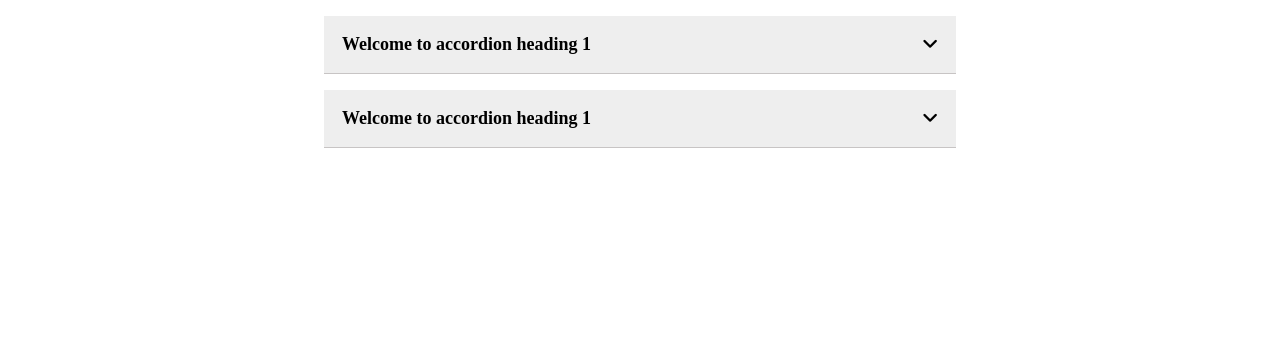
Repository: tungts3qb/Javascript
Page: accordion.html
These files come from the project's save history. The page is drawn as it stood at one moment and after the next save; the edit follows.
The browser window is 1280 px wide. The pictures show the whole page.
After loading, the first visible `div.accordion-header` was clicked once.

Above is the page before, as saved 2022-12-26 01:24:16.

### accordion.html
<!DOCTYPE html>
<html lang="en">
  <head>
    <meta charset="UTF-8" />
    <meta http-equiv="X-UA-Compatible" content="IE=edge" />
    <meta name="viewport" content="width=device-width, initial-scale=1.0" />
    <link
      rel="stylesheet"
      href="https://cdnjs.cloudflare.com/ajax/libs/font-awesome/6.2.1/css/all.min.css"
      integrity="sha512-MV7K8+y+gLIBoVD59lQIYicR65iaqukzvf/nwasF0nqhPay5w/9lJmVM2hMDcnK1OnMGCdVK+iQrJ7lzPJQd1w=="
      crossorigin="anonymous"
      referrerpolicy="no-referrer"
    />
    <link rel="stylesheet" href="style.css" />
    <title>Accordiion</title>
  </head>
  <body>
    <div class="accordion">
      <div class="accordion-header">
        <span><strong>Welcome to accordion heading 1</strong></span>
        <i class="fa fa-angle-down"></i>
      </div>
      <div class="accordion-content">
        <div class="accordion-content-inner">
          Lorem ipsum dolor sit amet consectetur, adipisicing elit. Laboriosam
          id rerum voluptas ducimus voluptates, odit similique consequuntur
          perspiciatis maxime, dignissimos esse eos rem molestiae cumque.
          Voluptas optio deserunt quo repellat. Lorem ipsum dolor sit amet
          consectetur, adipisicing elit. Voluptatum, officiis repudiandae,
          maxime illo nisi dignissimos, earum natus sint non sapiente molestias
          tenetur? Explicabo ullam nam beatae animi doloribus molestiae
          laudantium?Lorem ipsum dolor sit amet consectetur adipisicing elit.
          Nobis alias esse quas quae omnis. Et sint distinctio inventore,
          mollitia dolorum iste similique? Commodi culpa ea quis dolorem sint
          veritatis. Recusandae!
        </div>
      </div>
    </div>

    <div class="accordion">
      <div class="accordion-header">
        <span><strong>Welcome to accordion heading 1</strong></span>
        <i class="fa fa-angle-down"></i>
      </div>
      <div class="accordion-content">
        <div class="accordion-content-inner">
          Lorem ipsum dolor sit amet consectetur, adipisicing elit. Laboriosam
          id rerum voluptas ducimus voluptates, odit similique consequuntur
          perspiciatis maxime, dignissimos esse eos rem molestiae cumque.
          Voluptas optio deserunt quo repellat.
        </div>
      </div>
    </div>
    <script src="./accordion.js"></script>
  </body>
</html>

### style.css
.button {
  padding: 20px;
  color: white;
  background-color: #ffa400;
  border: 0;
  margin: 50px auto;
  display: block;
  width: 300px;
  font-family: "Poppins", sans-serif;
}

.change {
  display: block;
  padding: 15px 40px;
  border-radius: 10px;
  border: 0;
  color: white;
  font-family: "Poppins", sans-serif;
  margin: 50px auto;
  background-color: #3d6ef7;
}

.menu {
  width: 300px;
  position: fixed;
  top: 0;
  right: 0;
  bottom: 0;
  box-shadow: rgba(100, 100, 111, 0.2) 0px 7px 29px 0px;
  list-style: none;
  transform: translateX(100%);
  transition: transform 0.25s linear;
  margin-top: 0;
  margin-bottom: 0;
}

.menu.is-show {
  transform: translateX(0%);
}

.menu-link {
  display: block;
  padding: 20px 15px;
  color: #333;
  border-bottom: 1px solid #eee;
}

.header {
  padding: 20px;
  display: flex;
  align-items: center;
  justify-content: flex-end;
}

.menu-toggle {
  cursor: pointer;
  font-size: 30px;
  position: relative;
  z-index: 9999;
}

.menu-item a {
  text-decoration: none;
}

/* ============ Tab.html ============= */

.tab {
  padding: 2.5rem;
  border-radius: 1rem;
  background-color: white;
  display: inline-block;
  position: relative;
  left: 50%;
  transform: translateX(-50%);
  margin: 50px auto;
  box-shadow: rgba(100, 100, 111, 0.2) 0px 7px 29px 0px;
  width: 500px;
}

.tab-list {
  display: flex;
  justify-content: space-between;
  margin-bottom: 2.5rem;
}

.tab-item {
  cursor: pointer;
  padding: 1rem 2rem;
  border-radius: 5rem;
  color: #818e9b;
  background-color: #f4f5f7;
  text-align: center;
  white-space: nowrap;
  font-weight: 500;
  margin: 0 auto;
  flex: 1;
}

.tab-item.active {
  color: white;
  background-color: #2979ff;
  pointer-events: none;
}

.tab-item:not(:first-child) {
  margin-left: 1.5rem;
}

.tab-content {
  display: none;
}

.tab-content.active {
  display: block;
}

.post {
  display: flex;
  align-items: center;
}

.post:not(:first-child) {
  margin-bottom: 2rem;
}

.post-title {
  color: #4e4f51;
  font-weight: 300;
  line-height: 1.8;
  font-size: 14px;
}

.accordion {
  width: 50%;
  margin: 1rem auto;
  background-color: #eee;
}

.accordion-header {
  cursor: pointer;
  padding: 18px;
  font-size: 18px;
  display: flex;
  justify-content: space-between;
  border-bottom: 1px solid rgb(199, 196, 196);
}

.accordion-header * {
  pointer-events: none;
}

.accordion-content {
  margin: 1rem;
  padding-bottom: 1rem;
}

.accordion-content {
  display: none;
}

.accordion-content.is-active {
  display: block;
}

### accordion.js
const accordionHeaders = document.querySelectorAll(".accordion-header");
[...accordionHeaders].forEach((item) =>
  item.addEventListener("click", handleClickAccordion)
);

function handleClickAccordion(e) {
  //   console.log(e.target);
  e.target.nextElementSibling.classList.add("active");
}

After the next save:
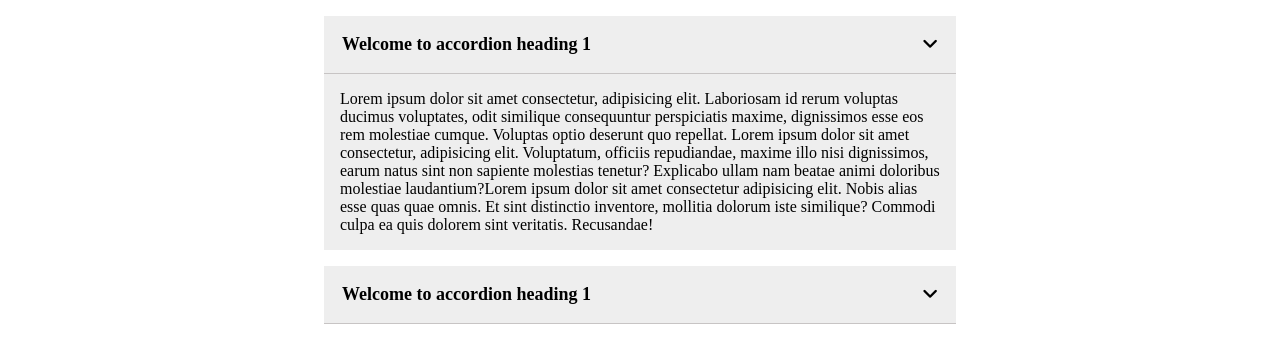
Saved 14 s later.
--- a/accordion.js
+++ b/accordion.js
@@ -5,5 +5,5 @@ const accordionHeaders = document.querySelectorAll(".accordion-header");
 
 function handleClickAccordion(e) {
   //   console.log(e.target);
-  e.target.nextElementSibling.classList.add("active");
+  e.target.nextElementSibling.classList.add("is-active");
 }
